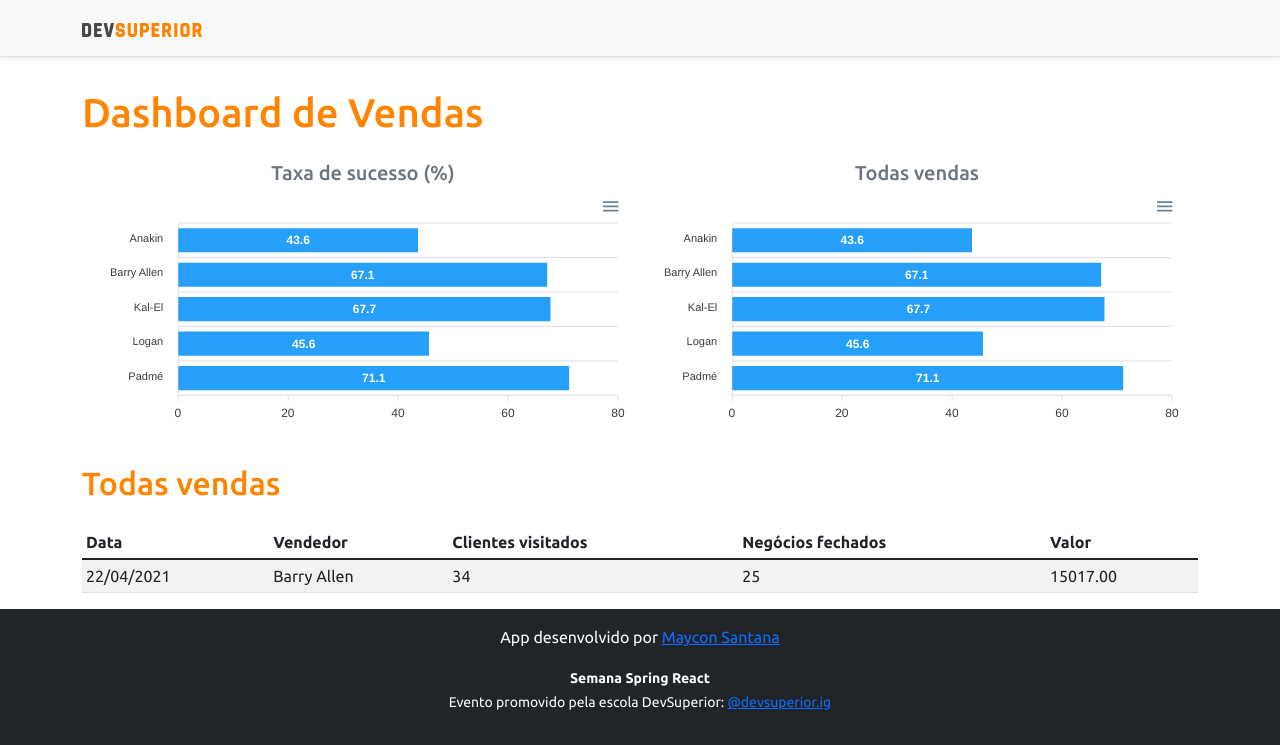
Repository: MayconInforGames2017/evento-dev-superior
Page: / (app in frontend/)
These files come from the project's save history. The page is drawn as it stood at one moment and after the next save; the edit follows.
The browser window is 1280 px wide. The pictures show the whole page.
The project was rebuilt for these pictures with package versions that can differ from the ones it lists, and the page was loaded fresh each time.

Above is the page before, as saved 2021-09-07 12:59:46.

### frontend/public/index.html
<!DOCTYPE html>
<html lang="pt_BR">

<head>
    <meta charset="utf-8" />
    <link rel="icon" href="%PUBLIC_URL%/favicon.ico" />
    <meta name="viewport" content="width=device-width, initial-scale=1" />
    <meta name="theme-color" content="#000000" />
    <meta name="description" content="Este app foi desenvolvido na Semana Spring React" />
    <title>DSVendas</title>
</head>

<body>
    <noscript>Você precisa habilitar o JavaScript.</noscript>
    <div id="root"></div>
</body>

</html>

### frontend/src/assets/css/styles.css
@import url('https://fonts.googleapis.com/css2?family=Ubuntu:wght@300;400;500;700&display=swap');
:root {
    --color-primary: #FF8400;
}

html,
body {
    height: 100%;
    font-family: "Ubuntu", sans-serif;
}

#root {
    display: flex;
    flex-direction: column;
    height: 100%;
}

.content {
    flex: 1 0 auto;
}

.footer {
    flex-shrink: 0;
    text-align: center;
}

.bg-primary {
    background-color: var(--color-primary) !important;
}

.text-primary {
    color: var(--color-primary) !important;
}

### frontend/src/App.tsx
import BarChart from "components/BarChart";
import DataTable from "components/DataTable";
import Footer from "components/Footer";
import NavBar from "components/NavBar";

function App() {
  return (
    <>
      <NavBar/>
      <div className="container">
        <h1 className="text-primary py-3">Dashboard de Vendas</h1>

        <div className="row px-3">
          <div className="col-sm-6">
            <h5 className="text-center text-secondary">Taxa de sucesso (%)</h5>
            <BarChart/>
          </div>
          <div className="col-sm-6">
            <h5 className="text-center text-secondary">Todas vendas</h5>
            <BarChart/>
          </div>
        </div>

        <div className="py-3">
          <h2 className="text-primary">Todas vendas</h2>
        </div>

        <DataTable/>
      </div>
      <Footer/>
    </>
  );
}

export default App;

### frontend/src/components/BarChart/index.tsx
import Chart from 'react-apexcharts';

const BarChart = () => {

    const options = {
        plotOptions: {
            bar: {
                horizontal: true,
            }
        },
    };

    const mockData = {
        labels: {
            categories: ['Anakin', 'Barry Allen', 'Kal-El', 'Logan', 'Padmé']
        },
        series: [
            {
                name: "% Sucesso",
                data: [43.6, 67.1, 67.7, 45.6, 71.1]
            }
        ]
    };

    return (
        <Chart
            options={{ ...options, xaxis: mockData.labels}}
            series={mockData.series}
            type="bar"
            height="240"
        />
    );
  }

  export default BarChart;

### frontend/src/components/DataTable/index.tsx
const DataTable = () => {
    return (
        <div className="table-responsive">
            <table className="table table-striped table-sm">
                <thead>
                    <tr>
                        <th>Data</th>
                        <th>Vendedor</th>
                        <th>Clientes visitados</th>
                        <th>Negócios fechados</th>
                        <th>Valor</th>
                    </tr>
                </thead>
                <tbody>
                    <tr>
                        <td>22/04/2021</td>
                        <td>Barry Allen</td>
                        <td>34</td>
                        <td>25</td>
                        <td>15017.00</td>
                    </tr>
                </tbody>
            </table>
        </div>
    );
  }

  export default DataTable;

### frontend/src/components/Footer/index.tsx
const Footer = () => {
    return (
        <footer className="footer mt-auto py-3 bg-dark">
            <div className="container">
                <p className="text-light">App desenvolvido por <a href="https://github.com/MayconInforGames2017" target="_blank" rel="noreferrer">Maycon Santana</a></p>
                <p className="text-light"><small><strong>Semana Spring React</strong><br/>
                Evento promovido pela escola DevSuperior: <a href="https://instagram.com/devsuperior.ig" target="_blank" rel="noreferrer">@devsuperior.ig</a></small></p>
            </div>
        </footer>
    );
  }

  export default Footer;

### frontend/src/components/NavBar/index.tsx
import ImgDsDark from 'assets/img/ds-dark.svg';

const NavBar = () => {
    return (
        <div className="d-flex flex-column flex-md-row align-items-center p-3 px-md-4 mb-3 bg-light border-bottom shadow-sm">
            <div className="container">
                <nav className="my-2 my-md-0 mr-md-3">
                    <img src={ImgDsDark} alt="DevSuperior" width="120" />
                </nav>
            </div>
      </div>
    );
  }

  export default NavBar;

### frontend/src/components/DonutChart/index.tsx
import Chart from 'react-apexcharts';

const DonutChart = () => {

    const mockData = {
        series: [477138, 499928, 444867, 220426, 473088],
        labels: ['Anakin', 'Barry Allen', 'Kal-El', 'Logan', 'Padmé']
    }

    const options = {
        legend: {
            show: true
        }
    }

    return (
        <Chart
            options={{ ...options, labels: mockData.labels}}
            series={mockData.series}
            type="donut"
            height="240"
        />
    );
  }

  export default DonutChart;

Loaded but not shown: frontend/src/index.tsx (common file)

After the next save:
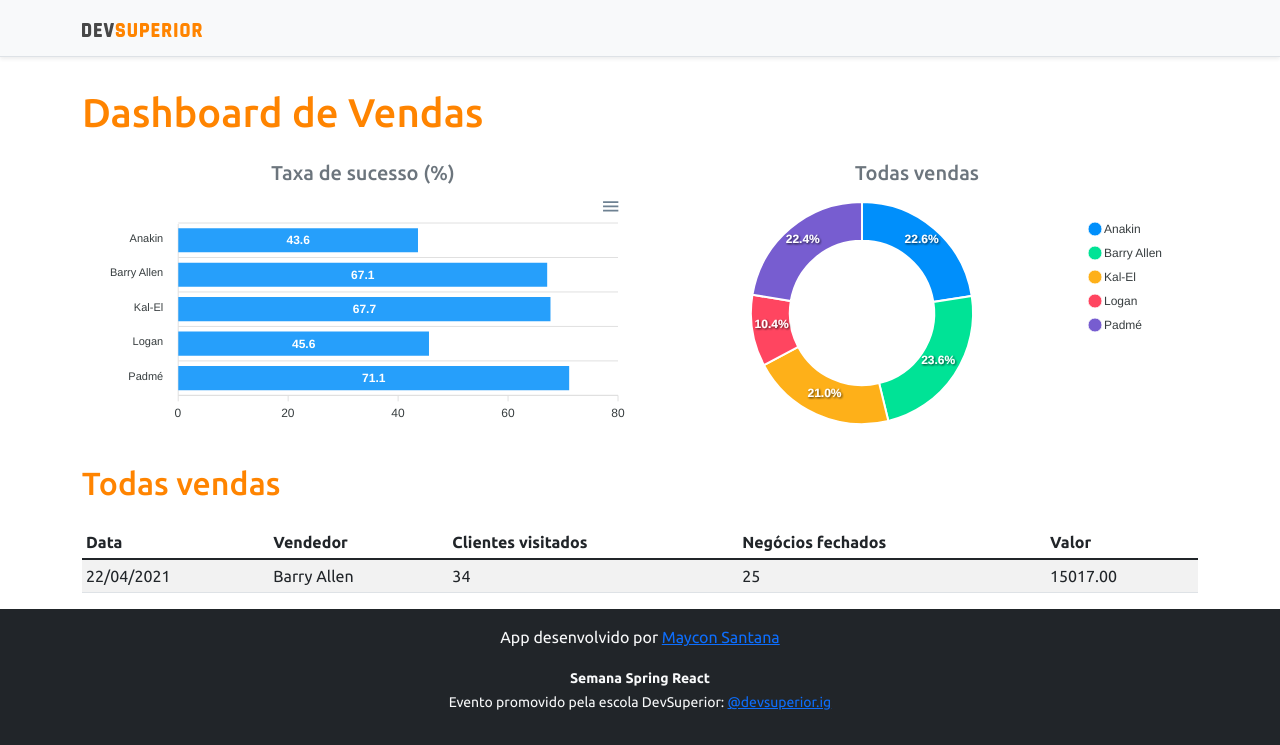
Saved 38 s later.
--- a/frontend/src/App.tsx
+++ b/frontend/src/App.tsx
@@ -1,5 +1,6 @@
 import BarChart from "components/BarChart";
 import DataTable from "components/DataTable";
+import DonutChart from "components/DonutChart";
 import Footer from "components/Footer";
 import NavBar from "components/NavBar";
 
@@ -17,7 +18,7 @@ function App() {
           </div>
           <div className="col-sm-6">
             <h5 className="text-center text-secondary">Todas vendas</h5>
-            <BarChart/>
+            <DonutChart/>
           </div>
         </div>
 
